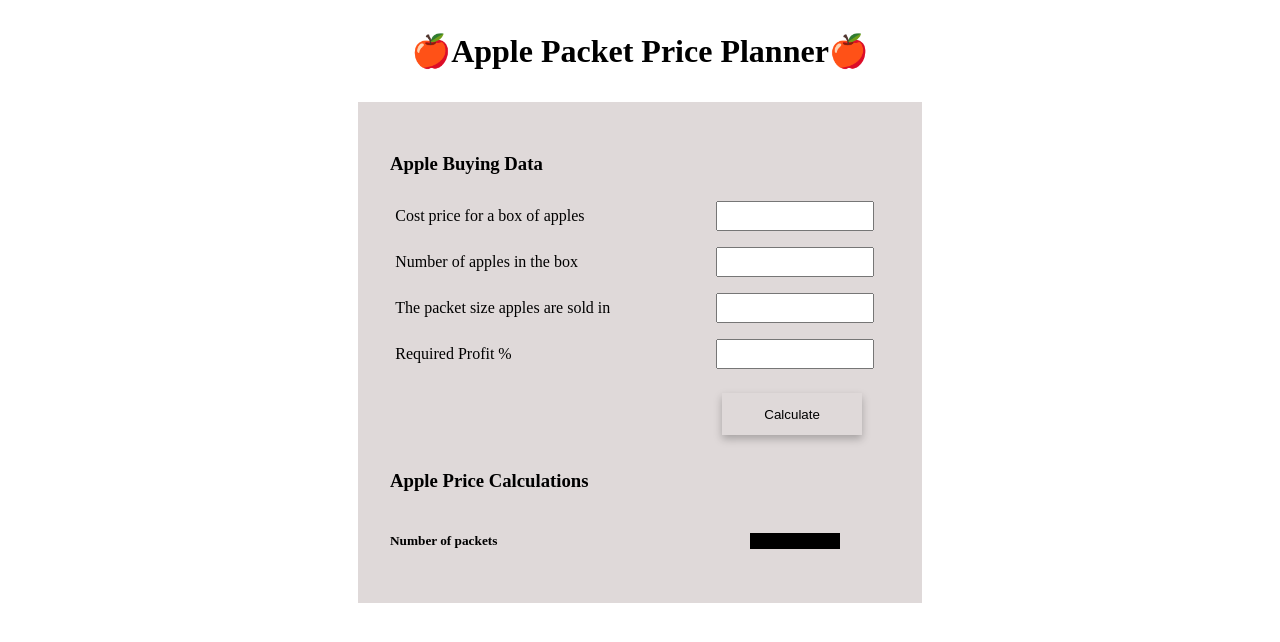
Repository: lasity34/apple-packet-price-planner
Page: index.html
An editor plug-in stored every save of this project. The page is shown before and after the next save, followed by the edit.
The browser window is 1280 px wide. The pictures show the whole page.

Above is the page before, as saved 2023-05-29 12:18:00.

### index.html
<!DOCTYPE html>
<html lang="en">
  <head>
    <meta charset="UTF-8" />
    <meta http-equiv="X-UA-Compatible" content="IE=edge" />
    <meta name="viewport" content="width=device-width, initial-scale=1.0" />
    <title>Apple Packet Price Planner</title>
    <link href="./style.css" rel="stylesheet" />
  </head>
  <body>
    <h1>🍎Apple Packet Price Planner🍎</h1>
    <main>
      <h3>Apple Buying Data</h3>
      <div class="data_input">
      <section class="input_section">
        <div class="input_container">
          <label for="apple_price">Cost price for a box of apples</label><br />
          <input
            type="number"
            id="apple_price"
            name="apple_price"
            required
          /><br />
        </div>
      </section>
      <section class="input_section">
        <div class="input_container">
          <label for="apple_num">Number of apples in the box</label><br />
          <input type="number" id="apple_num" name="apple_num" required /><br />
        </div>
      </section>
      <section class="input_section">
        <div class="input_container">
          <label for="packet_size">The packet size apples are sold in</label><br />
          <input type="number" id="packet_size" name="packet_size" required /><br />
        </div>
      </section>
      <section class="input_section">
        <div class="input_container">
          <label for="profit_required">Required Profit %</label><br />
          <input type="number" id="profit_required" name="profit_required" required /><br />
        </div>
      </section>
      <div class="btn_container">
        <div></div>
        <button class="calculate_btn">Calculate</button>
      </div>
    </div>
   <section class="data_display">
    <h3>Apple Price Calculations</h3>
    <div class="data_container">
      <h5>Number of packets</h5>
      <h5 class="packets_display"></h5>
    </div>
   </section>
    </main>
  </body>
  <script src="./apple-factory.js"></script>
  <script src="./apple-dom.js"></script>
</html>

### style.css

h1 {
    text-align: center;
    margin: 1em;
}

main {
    background-color: rgb(223, 217, 217);
    margin: 0 auto;
    padding: 2em;
    width: 70%;
    max-width: 500px;
}

.input_section {
    padding: 0.5em 0;
}

.input_container {
    display: flex;
    justify-content: space-around;
    height: 30px;
}

.input_container input {
    width: 30%;
}

.input_container label {
    width: 60%;
   align-self: center;
}

.btn_container {
    display: flex;
    justify-content: space-around;
    padding: 1em;

}

.btn_container div {
    width: 60%;
}

.calculate_btn {
    background-color: rgb(223, 217, 217);
    width: 30%;
    padding: 1em;
    border: none;
    box-shadow: 0px 4px 8px rgba(0, 0, 0, 0.25);
}

.data_container {
    display: flex;
    justify-content: space-between;
    width: 90%;
}

.data_container h5:nth-of-type(2) {
    width: 20%;
    background-color: black;
}

### apple-factory.js


function apple_factory(price, num, size, profit) {

    let apple_cost_price = price || 0;
    let num_apples = num || 0;
    let packet_size = size || 0;
    let profit_required = profit || 0;

    function apple_price(price) {
        apple_cost_price = price
    }

     function apple_count(num) {
        num_apples = num
     }

     function apple_size(packet) {
        packet_size = packet
     }

     function profit_input(input) {
        profit_required = input
     }

    function apples_price_length() {
        return apple_cost_price
    }

    function apple_count_length() {
        return num_apples
    }

    function apple_size_length() {
        return packet_size
    }

    function profit_required_length() {
        return profit_required
    }

    function number_of_packets() {
        const num_packets = Math.floor( num_apples / packet_size)
        return num_packets
    }

    return {
        apple_price,
        apples_price_length,
        apple_count,
        apple_count_length,
        apple_size,
        apple_size_length,
        profit_input,
        profit_required_length,
        number_of_packets


    }
}

### apple-dom.js
const calculate_btn = document.querySelector(".calculate_btn");
const apple_cost_input = document.getElementById("apple_price").value;
const apple_num_input = document.getElementById("apple_num").value;
const packet_size_input = document.getElementById("packet_size").value;
const profit_required_input = document.getElementById("profit_required").value;




const apple_fact = apple_factory(apple_cost_input, apple_num_input, packet_size_input, profit_required_input);

function apple_dom() {



}

calculate_btn.addEventListener("click", apple_dom);

After the next save:
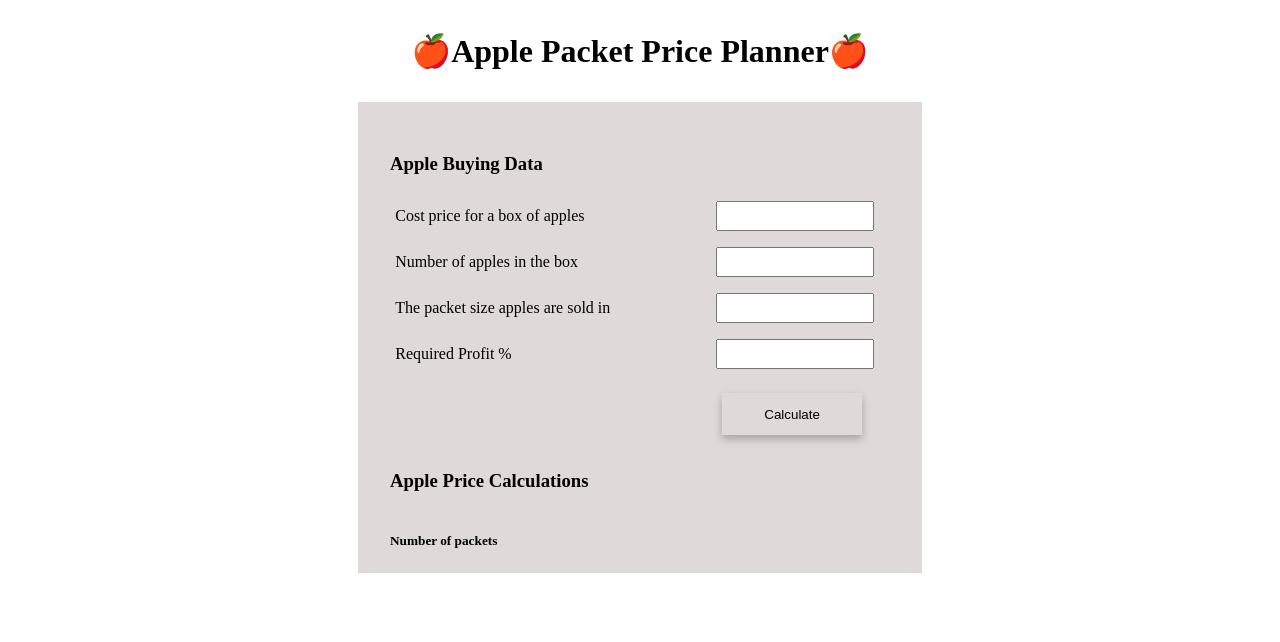
Saved 3 min 13 s later.
--- a/style.css
+++ b/style.css
@@ -53,10 +53,12 @@ main {
 .data_container {
     display: flex;
     justify-content: space-between;
-    width: 90%;
+    width: 95%;
+    height: 30px;
 }
 
 .data_container h5:nth-of-type(2) {
-    width: 20%;
-    background-color: black;
+    width: 32%;
+
+    background-color: rgb(172, 169, 186);
 }
